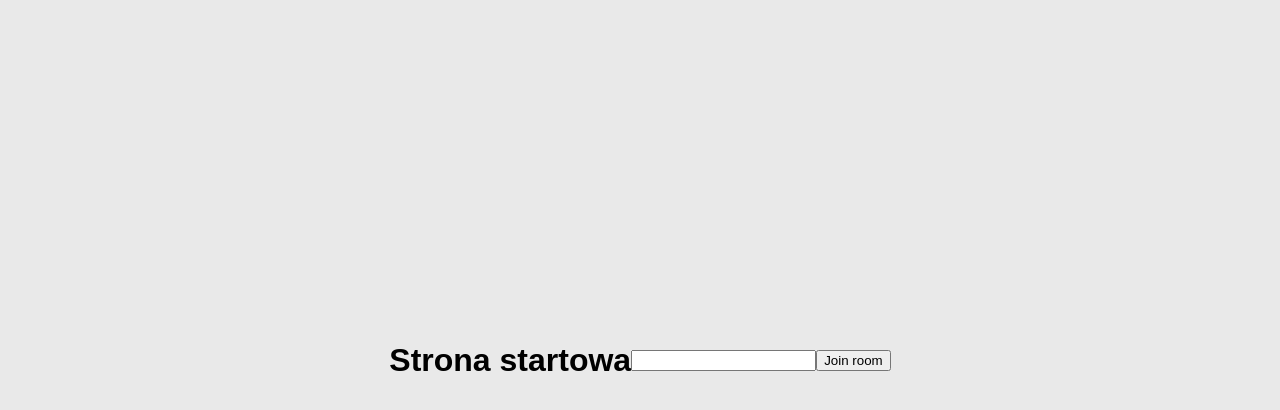
Repository: rektyyy/henhouse
Page: client/index.html
These files come from the project's save history. The page is drawn as it stood at one moment and after the next save; the edit follows.
The browser window is 1280 px wide. The pictures show the whole page.

Above is the page before, as saved 2023-12-29 17:29:37.

### client/index.html
<!DOCTYPE html>
<html>

<head>
    <meta name="viewport" content="width=device-width,initial-scale=1.0">
    <title>Strona startowa</title>
    <link rel="stylesheet" type="text/css" href="styles.css">
</head>

<body>
    <h1>Strona startowa</h1>

    <input id="input_room" autocomplete="off" />
    <button id="button_room" type="submit">Join room</button>

    <script type="text/javascript" src="index.js"></script>
</body>

</html>

### client/styles.css
body {
    display: flex;
    justify-content: center;
    align-items: center;
    height: 100vh;
    margin: 0;
}

.board {
    display: grid;
    grid-template-columns: repeat(3, 100px);
    grid-gap: 5px;
}

.cell {
    width: 100px;
    height: 100px;
    border: 2px solid #000;
    display: flex;
    align-items: center;
    justify-content: center;
    font-size: 24px;
    cursor: pointer;
}

.cell:hover {
    background-color: #eee;
}

/* CSS Document */

/* ---------- GENERAL ---------- */

body {
    background: #e9e9e9;
    color: ##3d3d3d;
    font: 100%/1.5em "Droid Sans", sans-serif;
    margin: 0;
}

a {
    text-decoration: none;
}

h4,
h5 {
    line-height: 1.5em;
    margin: 0;
}

hr {
    background: #e9e9e9;
    border: 0;
    -moz-box-sizing: content-box;
    box-sizing: content-box;
    height: 1px;
    margin: 0;
    min-height: 1px;
}


p {
    margin: 0;
}



/* For IE 6/7 */
.clearfix:before,
.clearfix:after {
    content: "";
    display: table;
}

.clearfix:after {
    clear: both;
}

/* ---------- LIVE-CHAT ---------- */

#live-chat {
    bottom: 0;
    font-size: 14px;
    right: 24px;
    position: fixed;
    width: 300px;
}

#live-chat header {
    background: #293239;
    border-radius: 5px 5px 0 0;
    color: #fff;
    cursor: pointer;
    padding: 16px 24px;
}

#live-chat h4:before {
    background: #1a8a34;
    border-radius: 50%;
    content: "";
    display: inline-block;
    height: 8px;
    margin: 0 8px 0 0;
    width: 8px;
}

#live-chat h4 {
    font-size: 15px;
}

#live-chat h5 {
    font-size: 12px;
}

.chat-launch {
    margin-bottom: 10px;
    border: 1px solid #ccc;
    border-radius: 3px;
    padding: 8px;
    width: 234px;
    font-size: 16px;
    background-color: #1a8a34;
    color: #fff;
    font-weight: 700;
}

.chat-message-counter {
    background: #e62727;
    border: 1px solid #fff;
    border-radius: 50%;
    font-size: 12px;
    font-weight: bold;
    height: 24px;
    left: 0;
    line-height: 24px;
    margin: -15px 0 0 -15px;
    position: absolute;
    text-align: center;
    top: 0;
    width: 24px;
    display: none;
}

.chat-close {
    color: #fff;
    display: block;
    float: right;
    font-size: 22px;
    line-height: 16px;
    margin: 2px 0 0 0;
    text-align: center;
    width: 16px;
}

.chat-close-option {
    color: #000;
    border: 1px solid #ccc;
    padding: 8px;
    margin-left: 12px;
}

.chat {
    background: #fff;
}

.chat-history {
    height: 100px;
    padding: 8px 24px;
    overflow-y: scroll;
}

.chat-message {
    margin: 16px 0;
}

.chat-message img {
    border-radius: 50%;
    float: left;
}

.chat-message-content {
    margin-left: 56px;
}

.chat-time {
    float: right;
    font-size: 10px;
}

.chat-feedback {
    font-style: italic;
    text-align: center;
    font-size: 12px;
}

.chat-footer {
    text-align: center;
    padding: 15px 0px 25px 0;
}

.sr-only {
    /*Based on Bootstrap*/
    position: absolute;
    width: 1px;
    height: 1px;
    margin: -1px;
    padding: 0;
    overflow: hidden;
    clip: rect(0, 0, 0, 0);
    border: 0;
}

/* body {
    margin: 0;
    padding-bottom: 3rem;
    font-family: -apple-system, BlinkMacSystemFont, "Segoe UI", Roboto, Helvetica, Arial, sans-serif;
}

#form {
    background: rgba(0, 0, 0, 0.15);
    padding: 0.25rem;
    position: fixed;
    bottom: 0;
    left: 0;
    right: 0;
    display: flex;
    height: 3rem;
    box-sizing: border-box;
    backdrop-filter: blur(10px);
}

#input {
    border: none;
    padding: 0 1rem;
    flex-grow: 1;
    border-radius: 2rem;
    margin: 0.25rem;
}

#input:focus {
    outline: none;
}

#form>button {
    background: #333;
    border: none;
    padding: 0 1rem;
    margin: 0.25rem;
    border-radius: 3px;
    outline: none;
    color: #fff;
}

#messages {
    list-style-type: none;
    margin: 0;
    padding: 0;
}

#messages>li {
    padding: 0.5rem 1rem;
}

#messages>li:nth-child(odd) {
    background: #efefef;
} */

### client/index.js
const input_room = document.getElementById('input_room');
const button_room = document.getElementById('button_room');

// Joins room
button_room.addEventListener('click', () => {
    if (input_room.value) {
        currentRoomId = input_room.value;
        input_room.value = '';
        window.location.href = `/game.html?room=${currentRoomId}`;
    }
});

After the next save:
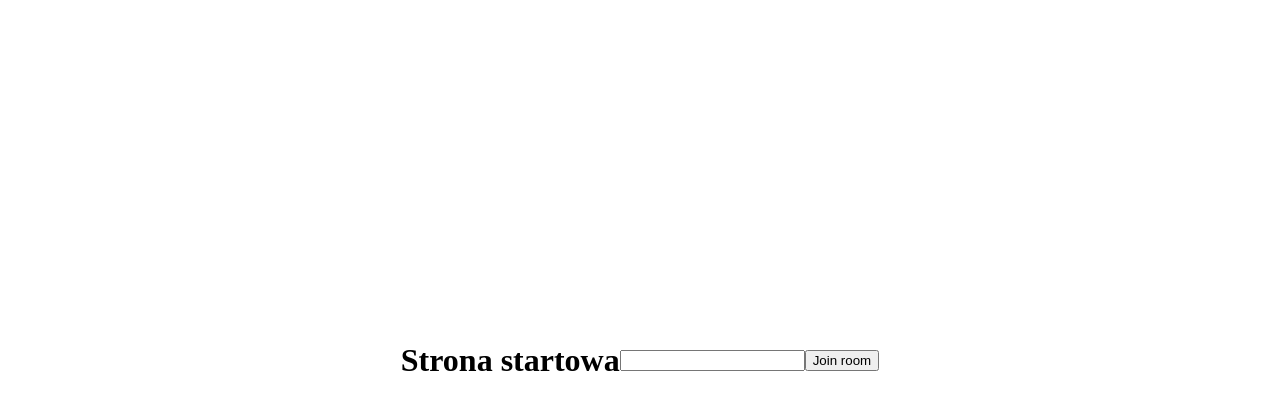
Saved 9 s later.
--- a/client/styles.css
+++ b/client/styles.css
@@ -31,12 +31,6 @@ body {
 
 /* ---------- GENERAL ---------- */
 
-body {
-    background: #e9e9e9;
-    color: ##3d3d3d;
-    font: 100%/1.5em "Droid Sans", sans-serif;
-    margin: 0;
-}
 
 a {
     text-decoration: none;
